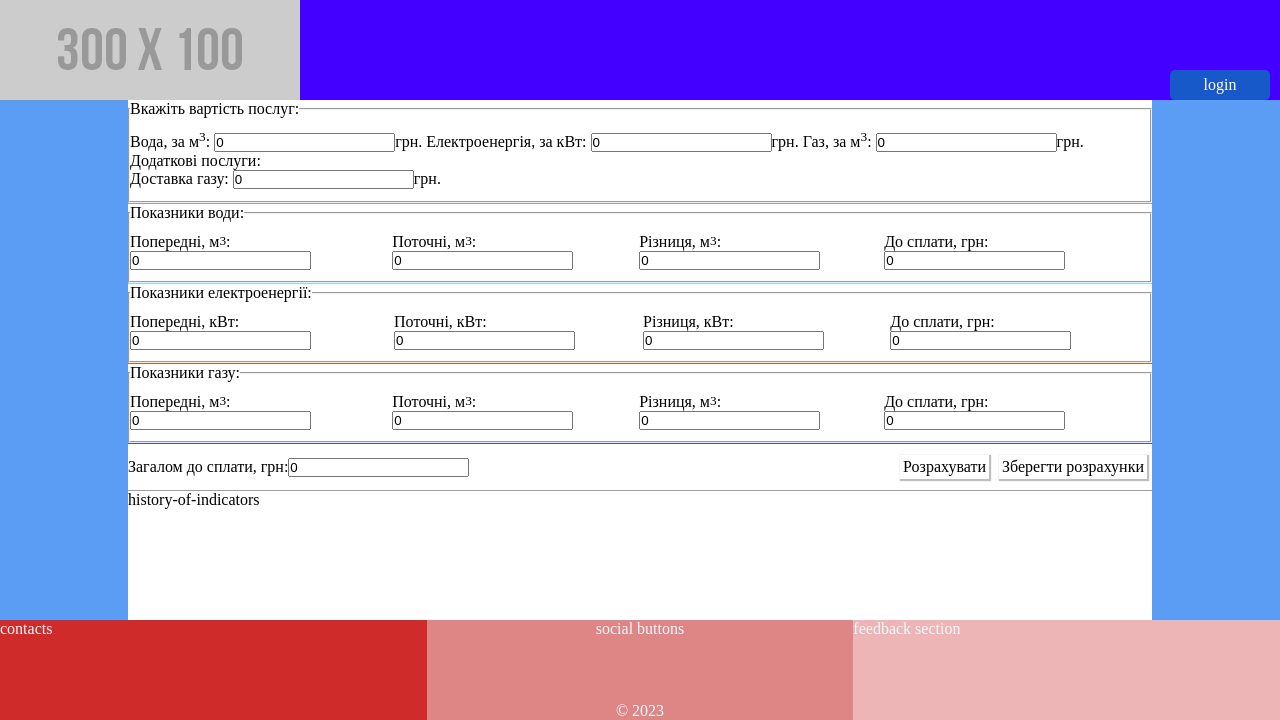
Repository: ruslan-horaiskyi/utility-calculator
Page: calculation-page.html
These files come from the project's save history. The page is drawn as it stood at one moment and after the next save; the edit follows.
The browser window is 1280 px wide. The pictures show the whole page.

Above is the page before, as saved 2023-02-06 17:32:43.

After the next save:
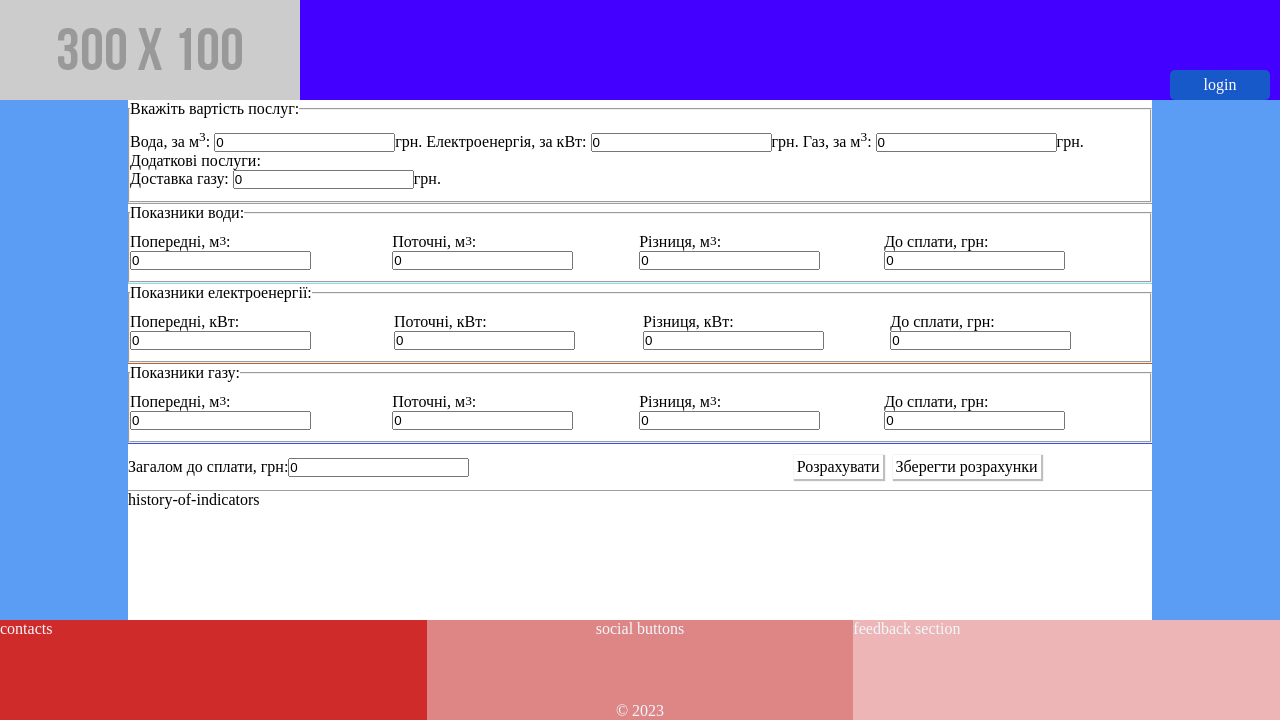
Saved 5 s later.
--- a/css/calculation-page.css
+++ b/css/calculation-page.css
@@ -80,7 +80,7 @@
 
 #calculate_buttons_block {
   display: flex;
-
+  flex-grow: 1;
 }
 
 .button {
